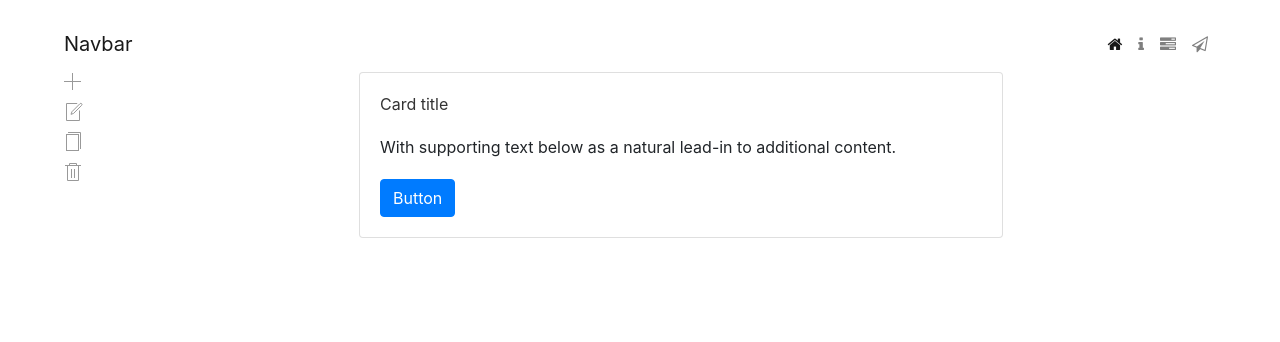
Repository: latenightsnacc/ceeless
Page: index.html
The author's editor kept a copy of each file at every save. The page is drawn from the files as they stood at one save, then again after the next save.
The browser window is 1280 px wide. The pictures show the whole page.
Some web libraries are served in a nearby version. The style sheet was rebuilt from its Sass, Less or Tailwind sources for each picture, by a compiler version that may differ from the author's.

Above is the page before, as saved 2020-06-11 15:44:55.

### index.html
<!DOCTYPE html>
<html lang="en">
<head>
    <meta charset="UTF-8">
    <meta name="viewport" content="width=device-width, initial-scale=1.0">

    <!--Bootstrap-->
    <link rel="stylesheet" href="https://stackpath.bootstrapcdn.com/bootstrap/4.5.0/css/bootstrap.min.css" integrity="sha384-9aIt2nRpC12Uk9gS9baDl411NQApFmC26EwAOH8WgZl5MYYxFfc+NcPb1dKGj7Sk" crossorigin="anonymous">

    <!-- UIkit CSS -->
    <link rel="stylesheet" href="https://cdn.jsdelivr.net/npm/uikit@3.5.3/dist/css/uikit.min.css" />

    <!--Font Awesome Icons-->
    <link rel="stylesheet" href="https://maxcdn.bootstrapcdn.com/font-awesome/4.4.0/css/font-awesome.min.css">

    <!--Custom Stylesheet-->
    <link rel="stylesheet" href="Styles/stylesheet.css">

    <!--Page Title-->
    <title>Ceeless | Licorne Technologies</title>
</head>
<body>
    <main class="wrapper ml-5 mr-5">
        <!--NavBar-->
        <nav class="navbar navbar-expand-lg navbar-light bg-transparent mt-3">
            <!--Logo-->
            <a class="navbar-brand" href="#">Navbar</a>
            <!--Mobile NavBar Icon-->
            <div class="navbar-toggler" type="button" data-toggle="collapse" data-target="#navbarTogglerDemo03" aria-controls="navbarTogglerDemo03" aria-expanded="false" aria-label="Toggle navigation">
                <div class="nav-icon">
                    <span class="long-bar-one"></span>
                    <span class="short-bar-two"></span>
                    <span class="long-bar-three"></span>
                </div>
            </div>
            <div class="collapse navbar-collapse" id="navbarTogglerDemo03">
              <ul class="navbar-nav ml-auto mt-2 mt-lg-0">
                <li class="nav-item active">
                  <a class="nav-link" href="#"><i class="fa fa-home"></i><span class="sr-only">(current)</span></a>
                </li>
                <li class="nav-item">
                  <a class="nav-link" href="#"><i class="fa fa-info"></i></a>
                </li>
                <li class="nav-item">
                  <a class="nav-link" href="#"><i class="fa fa-tasks" aria-hidden="true"></i></a>
                </li>
                <li class="nav-item">
                    <a class="nav-link" href="#"><i class="fa fa-send-o"></i></a>
                  </li>
              </ul>
            </div>
        </nav>
        <!--End of NavBar-->

        <!--Header wrapper-->
        <section class="header-wrapper container-fluid">
            <div class="row">
                <!--Social Icons-->
                <div class="col-3">
                    <ul class="uk-iconnav uk-iconnav-vertical">
                        <li><a href="#" uk-icon="icon: plus"></a></li>
                        <li><a href="#" uk-icon="icon: file-edit"></a></li>
                        <li><a href="#" uk-icon="icon: copy"></a></li>
                        <li><a href="#" uk-icon="icon: trash"></a></li>
                    </ul>
                </div>
                <!--Header Message-->
                <div class="col-9">
                    <div class="card w-75">
                        <div class="card-body">
                          <h5 class="card-title">Card title</h5>
                          <p class="card-text">With supporting text below as a natural lead-in to additional content.</p>
                          <a href="#" class="btn btn-primary">Button</a>
                        </div>
                    </div>
                </div>
            </div>
        </section>
        <!--End of Header wrapper-->
    </main>

    <!-- JS, Popper.js, and jQuery -->
    <script src="https://code.jquery.com/jquery-3.5.1.slim.min.js" integrity="sha384-DfXdz2htPH0lsSSs5nCTpuj/zy4C+OGpamoFVy38MVBnE+IbbVYUew+OrCXaRkfj" crossorigin="anonymous"></script>
    <script src="https://cdn.jsdelivr.net/npm/popper.js@1.16.0/dist/umd/popper.min.js" integrity="sha384-Q6E9RHvbIyZFJoft+2mJbHaEWldlvI9IOYy5n3zV9zzTtmI3UksdQRVvoxMfooAo" crossorigin="anonymous"></script>
    <script src="https://stackpath.bootstrapcdn.com/bootstrap/4.5.0/js/bootstrap.min.js" integrity="sha384-OgVRvuATP1z7JjHLkuOU7Xw704+h835Lr+6QL9UvYjZE3Ipu6Tp75j7Bh/kR0JKI" crossorigin="anonymous"></script>
    <!-- UIkit JS -->
    <script src="https://cdn.jsdelivr.net/npm/uikit@3.5.3/dist/js/uikit.min.js"></script>
    <script src="https://cdn.jsdelivr.net/npm/uikit@3.5.3/dist/js/uikit-icons.min.js"></script>
</body>
</html>

### Styles/stylesheet.scss
body{
    background-color: white;
}
.navbar-toggler{
    border: none !important;
    .nav-icon{
        display: flex;
        flex-direction: column;
        .long-bar-one, .long-bar-three, .short-bar-two{
            border: 2px solid black;
            margin-bottom: 5px;
        }
        .long-bar-one, .long-bar-three{
            width: 33px;
        }
        .short-bar-two{
            width: 20px;
        }

        &:hover{
            .long-bar-one, .long-bar-three{
                width: 20px;
                transition: width 300ms ease-in-out 0s;

            }
            .short-bar-two{
                width: 33px;

            }
        }
    }
}

After the next save:
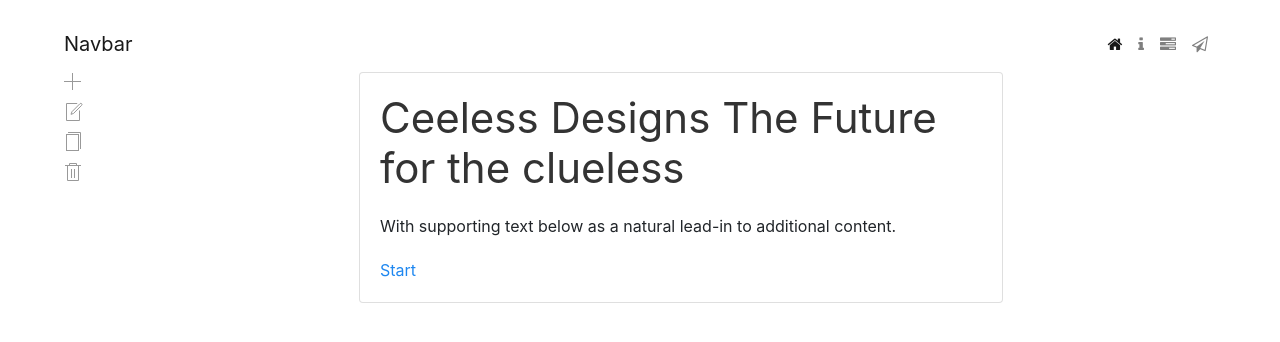
Saved 10 min 59 s later.
--- a/index.html
+++ b/index.html
@@ -68,9 +68,9 @@
                 <div class="col-9">
                     <div class="card w-75">
                         <div class="card-body">
-                          <h5 class="card-title">Card title</h5>
+                          <h1 class="card-title">Ceeless Designs The Future for the clueless</h1>
                           <p class="card-text">With supporting text below as a natural lead-in to additional content.</p>
-                          <a href="#" class="btn btn-primary">Button</a>
+                          <a href="#">Start</a>
                         </div>
                     </div>
                 </div>
